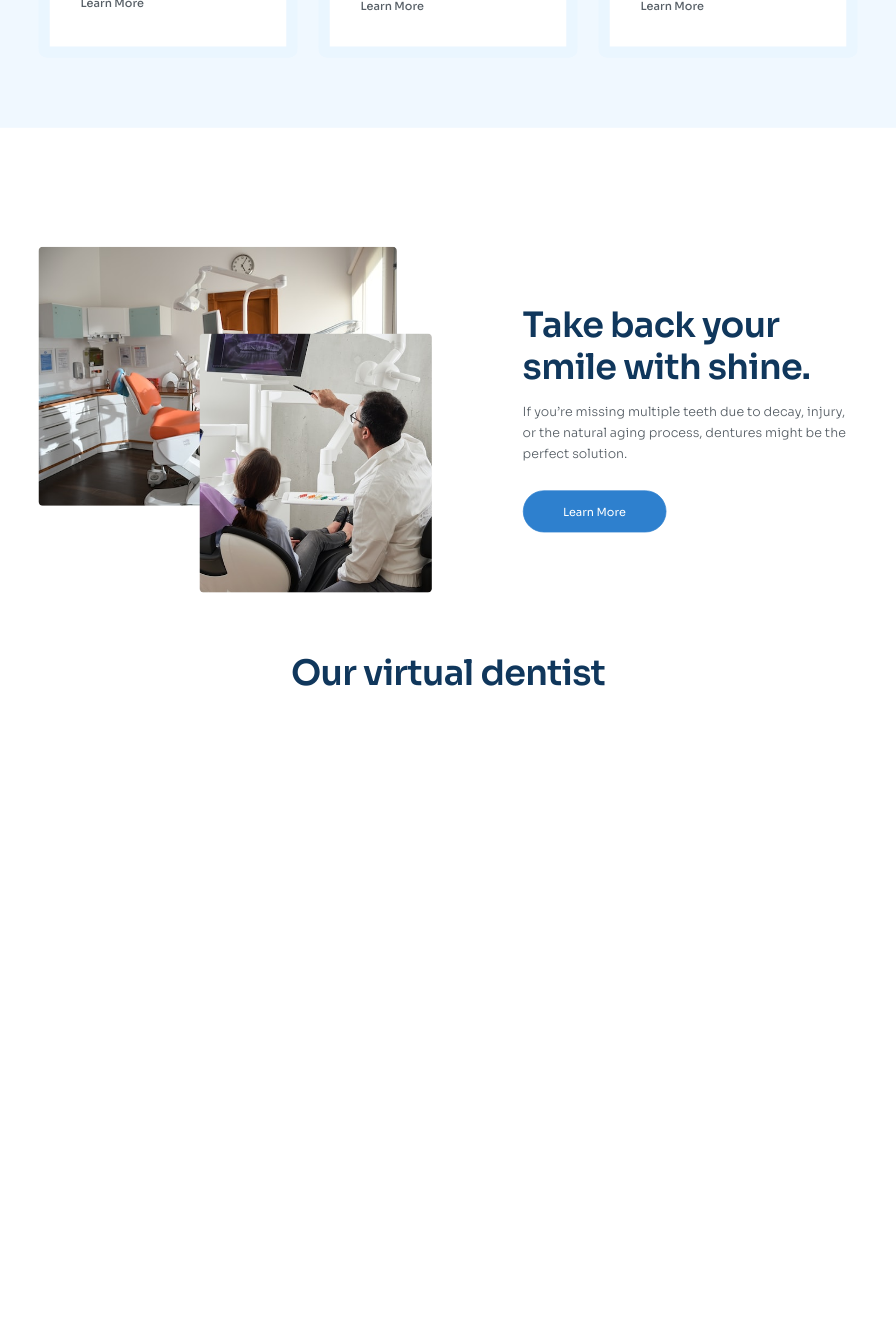
Repository: han2003dz/f8-project-03
Page: index.html
The author's editor kept a copy of each file at every save. The page is drawn from the files as they stood at one save, then again after the next save.
The browser window is 1280 px wide. The pictures show the part of the page from y = 2521 to 4441 px (the page is 6000 px tall), at 70% of full size.

Above is the page before, as saved 2023-05-06 22:43:42.

After the next save:
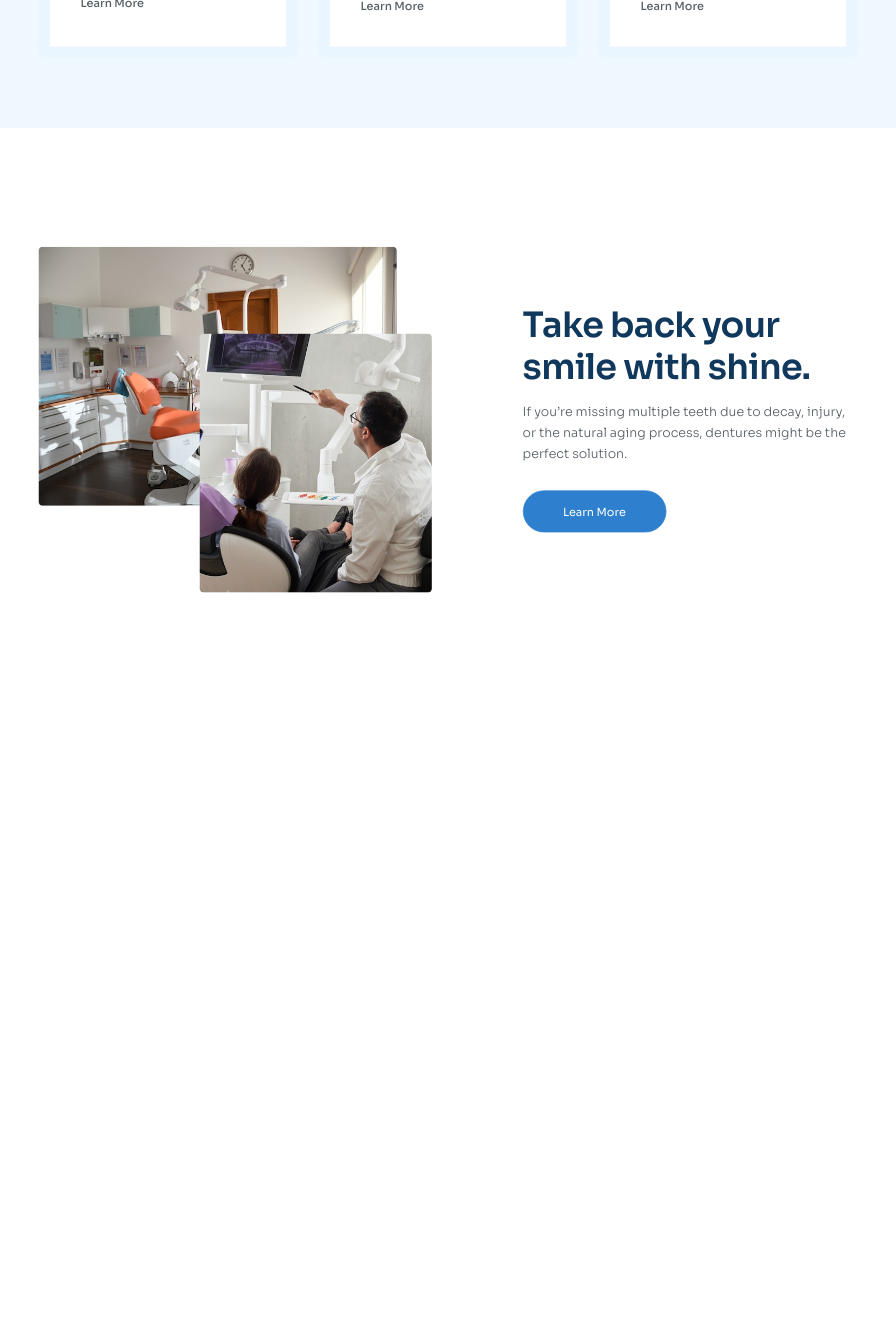
Saved 32 s later.
--- a/index.html
+++ b/index.html
@@ -222,7 +222,7 @@
             </div>
         </section>
         <section class="member">
-            <h2 class="section-heading">Our virtual dentist</h2>
+
         </section>
     </main>
     <script src="./assets/app.js"></script>

After the save that followed:
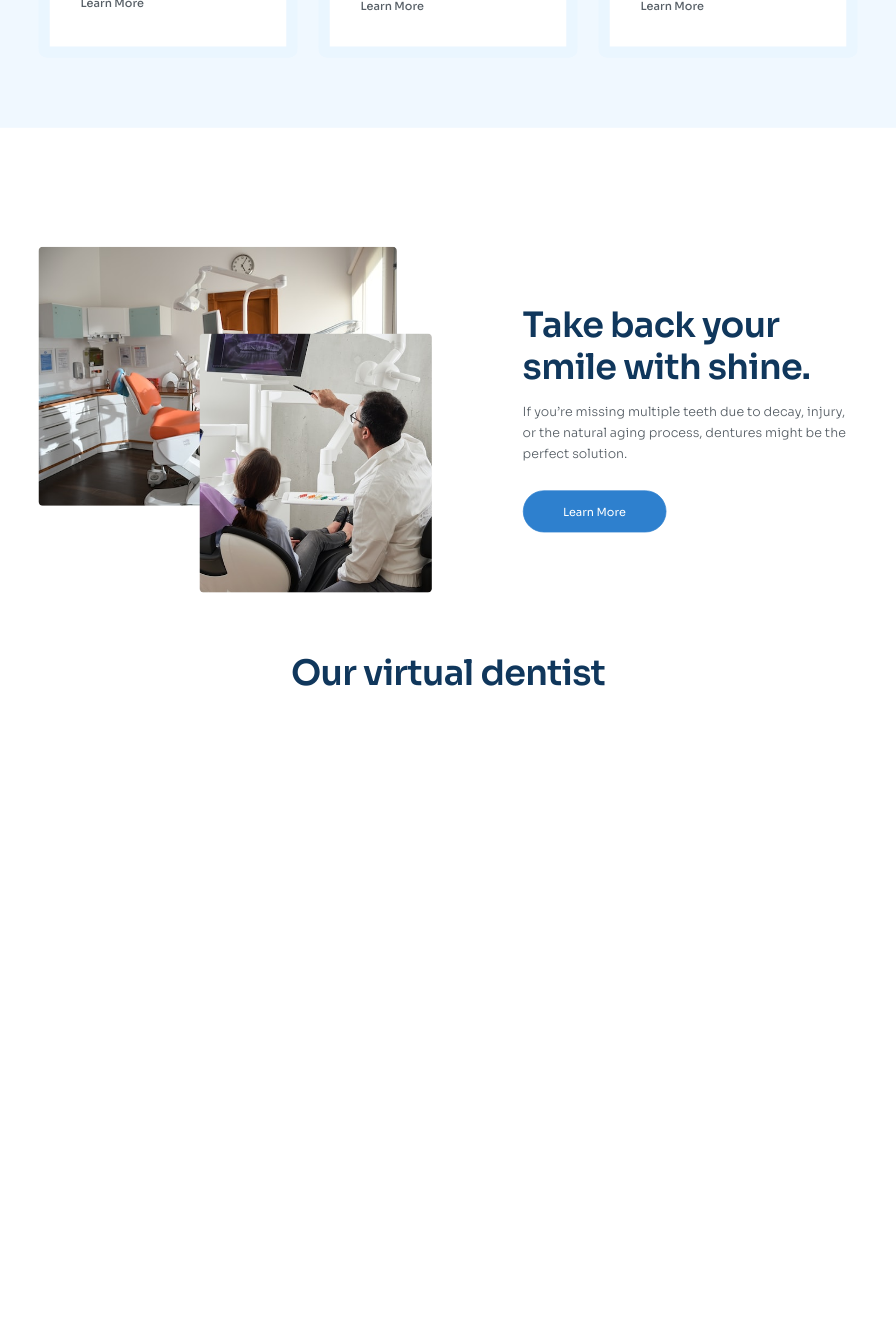
Saved 7 s later.
--- a/index.html
+++ b/index.html
@@ -222,7 +222,9 @@
             </div>
         </section>
         <section class="member">
-
+            <div class="container">
+                <h2 class="section-heading">Our virtual dentist</h2>
+            </div>
         </section>
     </main>
     <script src="./assets/app.js"></script>
